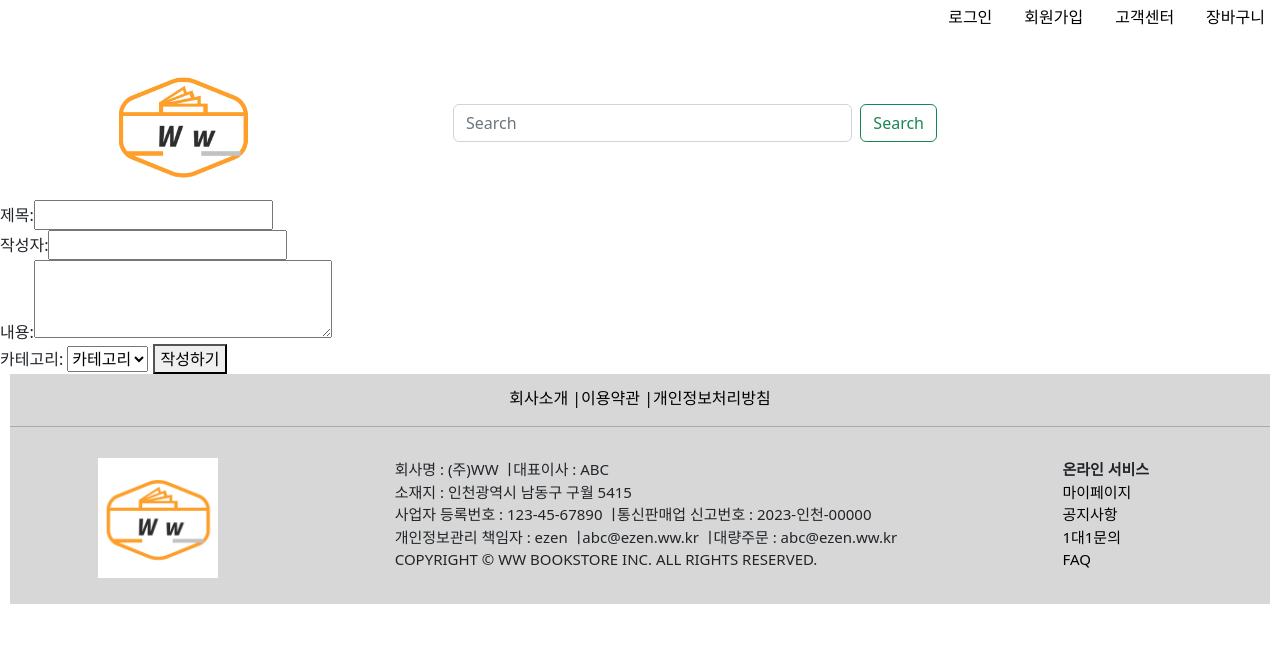
Repository: leehyeonung/project9
Page: http://localhost/book/WEB-INF/views/board/register.jsp
These files come from the project's save history. The page is drawn as it stood at one moment and after the next save; the edit follows.
The browser window is 1280 px wide. The pictures show the whole page.
The page is served by Tomcat 9. Nobody is signed in. The template is opened directly, without the code that normally fills it, so the values that code supplies are empty.

Above is the page before, as saved 2023-01-06 06:57:03.

After the next save:
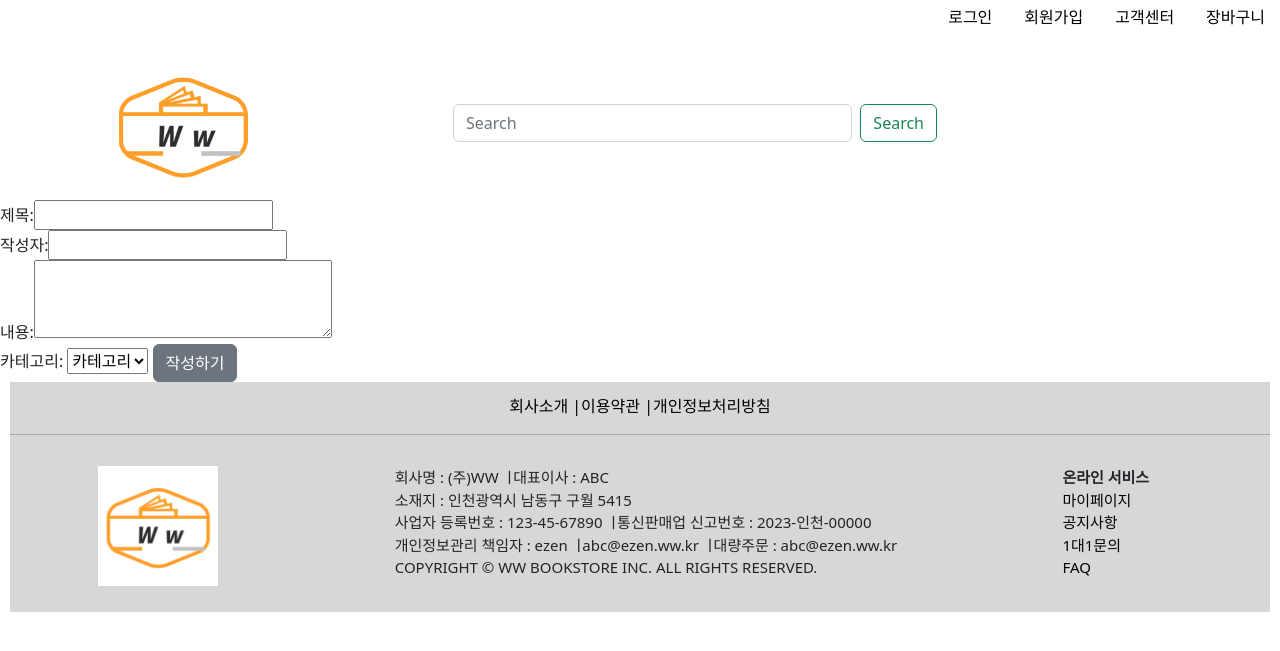
Saved 11 s later.
--- a/book/src/main/webapp/WEB-INF/views/board/register.jsp
+++ b/book/src/main/webapp/WEB-INF/views/board/register.jsp
@@ -22,8 +22,7 @@
 
 
 <div name="brd_mem_num" value="${ses.mem_num}" hidden></div>
-
-<button type="submit">작성하기</button>
+<button type="submit" class="btn btn-secondary">작성하기</button>
 </div>
 <jsp:include page="../layout/footer.jsp"></jsp:include>
 </body>
